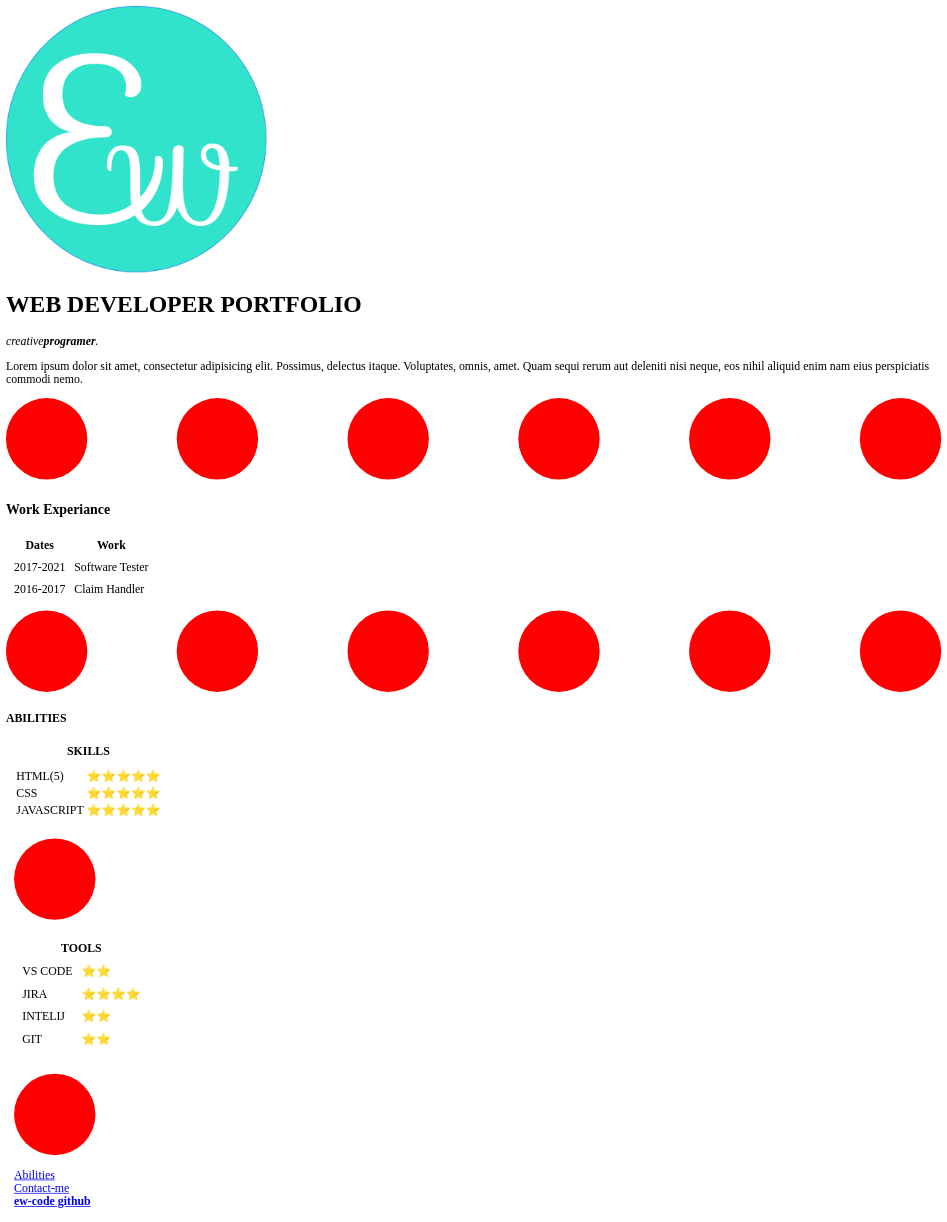
Repository: ew-code/Web-Development
Page: HTML - Personal Site/index.html
An editor plug-in stored every save of this project. The page is shown before and after the next save, followed by the edit.
The browser window is 1280 px wide. The pictures show the whole page, at 74% of full size.

Above is the page before, as saved 2021-01-06 21:14:04.

After the next save:
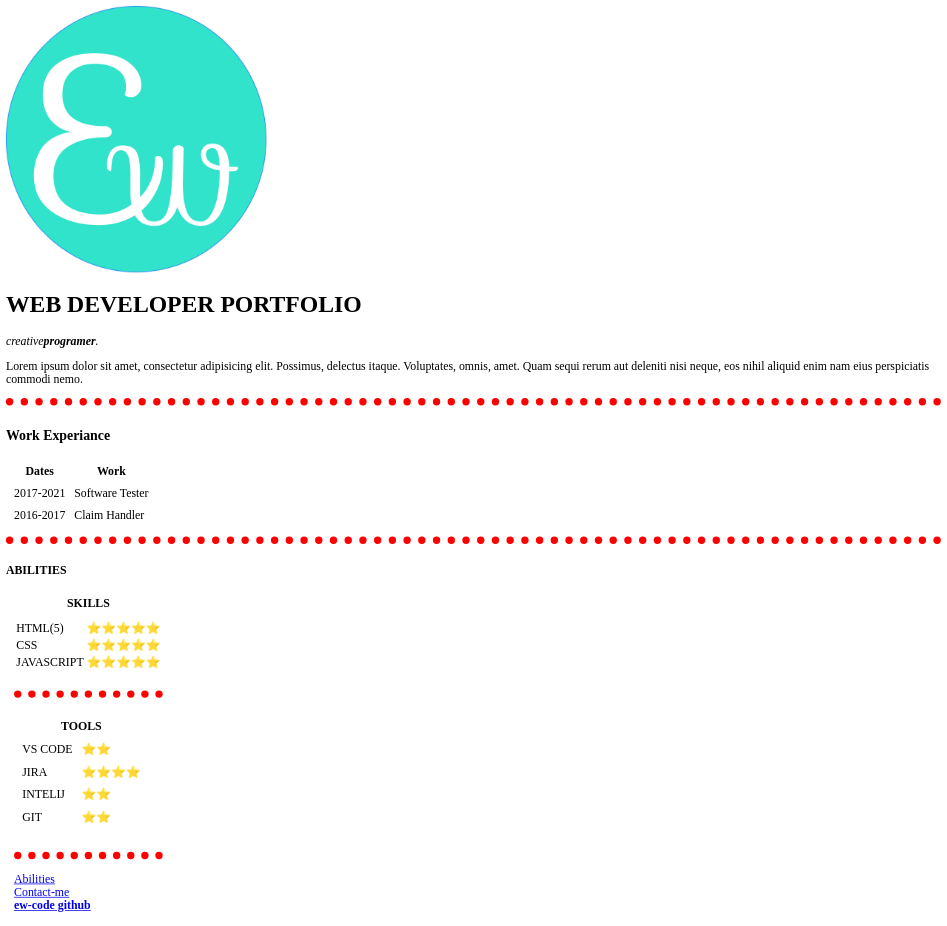
Saved 16 s later.
--- a/HTML - Personal Site/index.html
+++ b/HTML - Personal Site/index.html
@@ -8,7 +8,7 @@
    }
 
    hr {
-      border-top: 110px dashed red;
+      border-top: 10px dashed red;
      border-style: none;
      height: 10px;
      border-top-style: dotted;
